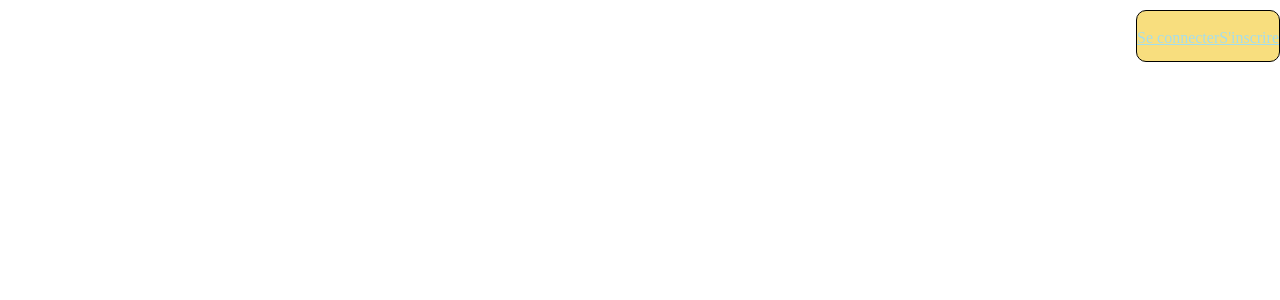
Repository: DylanORK/htdocs
Page: http://localhost/PannelInconnu.php
The author's editor kept a copy of each file at every save. The page is drawn from the files as they stood at one save, then again after the next save.
The browser window is 1280 px wide. The pictures show the whole page.
The page is run by PHP 8.4 with error messages shown; the project is at /var/www/html/.

Above is the page before, as saved 2015-06-02 10:29:36.

### EclipsePHP/InterFaceWeb/PannelInconnu.php
<?php require ("Style/Style-Pannel.php"); ?>

<div id="Carre">

<ul class="PannelInconnu">
<li><a href="Connexion.php">Se connecter</a></li>
<li><a href="Inscription.php">S'inscrire</a></li>
</ul>

</div>

### EclipsePHP/InterFaceWeb/Style/Style-Pannel.php
<style type="text/css">

ul.PannelInconnu
{
padding :0px;
}


.PannelInconnu li
{
list-style-type : none;
float: left;
margin : 2px auto;
text-align : center;

}

.PannelInconnu li a
{
display : block;
color : #a4dded	;

}

#Carre
{

background-color : #f8de7e;
height : 50px;
position: fixed;
border : 1px solid black;
float:right;
top : 10px;
right : 0;
-webkit-border-radius: 10px;
-moz-border-radius: 10px;
border-radius: 10px;
}

</style>

After the next save:
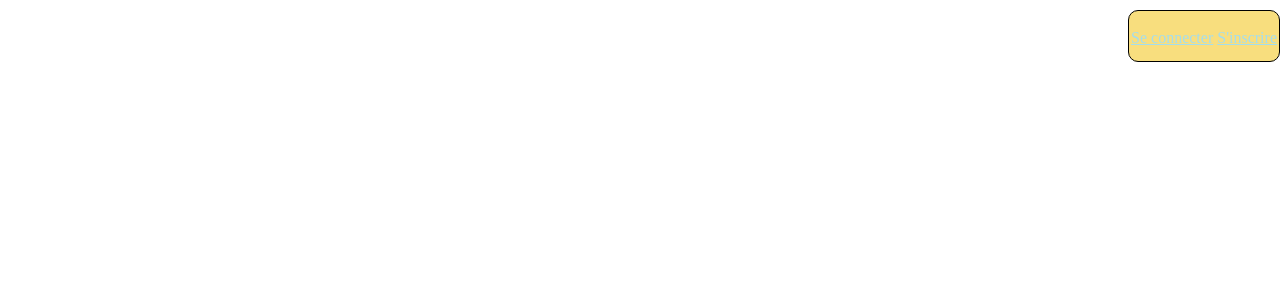
Saved 21 s later.
--- a/EclipsePHP/InterFaceWeb/Style/Style-Pannel.php
+++ b/EclipsePHP/InterFaceWeb/Style/Style-Pannel.php
@@ -10,7 +10,7 @@ padding :0px;
 {
 list-style-type : none;
 float: left;
-margin : 2px auto;
+margin : 2px;
 text-align : center;
 
 }
